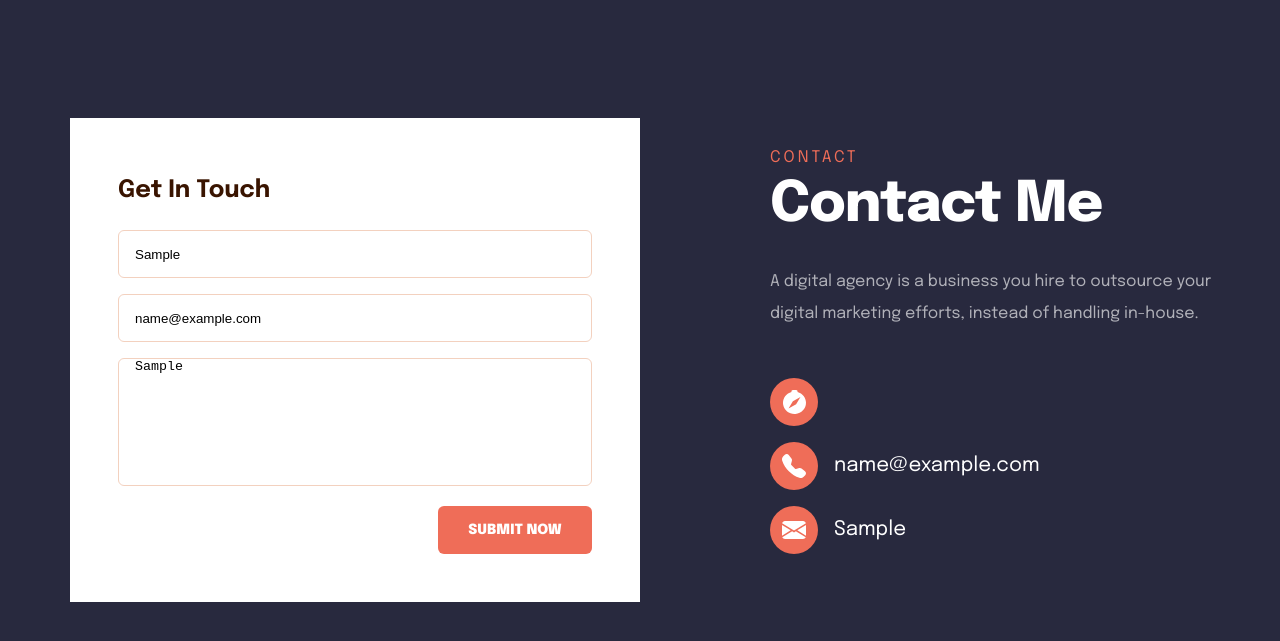
Repository: SabrinaSeydaliyeva/Task-17
Page: pages/contactPage/index.html
An editor plug-in stored every save of this project. The page is shown before and after the next save, followed by the edit.
The browser window is 1280 px wide. The pictures show the whole page.
Empty fields were first filled with sample values (such as "Sample", 5 or name@example.com).
After loading, the first visible `button` was clicked once.
The style sheet was rebuilt from its Sass, Less or Tailwind sources for each picture, by a compiler version that may differ from the author's.

Above is the page before, as saved 2023-09-06 16:11:09.

### pages/contactPage/index.html
<!DOCTYPE html>
<html lang="en">
  <head>
    <meta charset="UTF-8" />
    <meta http-equiv="X-UA-Compatible" content="IE=edge" />
    <meta name="viewport" content="width=device-width, initial-scale=1.0" />
    <title>Document</title>
    <link rel="stylesheet" href="../../assets/css/reset.css" />
    <link rel="stylesheet" href="index.css" />
  </head>
  <body>
    <div class="container">
      <div class="left-container">
        <span>Get In Touch</span>

        <form action="">
          <label for="">
            <input class="name-input" type="text" placeholder="Your name" />
          </label>

          <label for="">
            <input
              class="email-input"
              type="email"
              placeholder="Your email"
            />
          </label>

          <label for="">
            <textarea class="message" placeholder="Message" name=""></textarea>
          </label>
          <button>Submit Now</button>
        </form>
      </div>

      <div class="right-container">
        <span>Contact</span>
        <h1>Contact Me</h1>
        <p class="p-1">
          A digital agency is a business you hire to outsource your digital
          marketing efforts, instead of handling in-house.
        </p>

        <ul>

        </ul>
      </div>
    </div>
  </body>
  <script src="./index.js"></script>
</html>

### pages/contactPage/index.js
let btn= document.querySelector('button')
let nameInput=document.querySelector('.name-input')
let emailInput=document.querySelector('.email-input')
let msj=document.querySelector('.message')
let ul =document.querySelector('ul')
btn.addEventListener('click', showData)

function showData(e)
{
    e.preventDefault()
    console.log(nameInput.value);
ul.innerHTML+=
`
<li>
<div class="circle">
  <svg
    xmlns="http://www.w3.org/2000/svg"
    width="23"
    height="24"
    viewBox="0 0 23 24"
    fill="none"
  >
    <path
      fill-rule="evenodd"
      clip-rule="evenodd"
      d="M12.5128 23.9559C18.4476 23.4434 22.9991 18.5852 23 12.7619C22.9992 7.68681 19.5202 3.24133 14.5089 1.91219C14.6419 1.45966 14.5495 0.972375 14.2595 0.596433C13.9696 0.220491 13.5157 -0.000396111 13.034 0H9.9675C9.4858 -0.000396111 9.03192 0.220491 8.74193 0.596433C8.45195 0.972375 8.35958 1.45966 8.49253 1.91219C2.74205 3.43556 -0.865618 8.99957 0.179927 14.7325C1.22547 20.4654 6.57793 24.4683 12.5128 23.9559ZM17.4618 6.91176L17.465 6.90994L17.462 6.91144L17.4618 6.91176ZM17.4618 6.91176L9.87551 11.1479L5.53646 18.5674L13.126 14.3294L17.4618 6.91176Z"
      fill="white"
    />
  </svg>
</div>
<p>${nameInput.name}</p>
</li>
<li>
<div class="circle">
  <svg
    xmlns="http://www.w3.org/2000/svg"
    width="24"
    height="24"
    viewBox="0 0 24 24"
    fill="none"
  >
    <path
      fill-rule="evenodd"
      clip-rule="evenodd"
      d="M2.82812 0.765296C3.35902 0.235151 4.09188 -0.0416708 4.84066 0.0050961C5.58945 0.051863 6.28217 0.417722 6.743 1.00981L9.43541 4.46897C9.92889 5.10349 10.1029 5.93003 9.9079 6.71007L9.08742 9.99522C9.00114 10.3413 9.10245 10.7073 9.35441 10.9598L13.0398 14.6454C13.2925 14.8979 13.6592 14.9993 14.0058 14.9124L17.2892 14.0919C18.0691 13.8969 18.8953 14.0711 19.5301 14.5644L22.989 17.2555C24.2324 18.2231 24.3464 20.0607 23.2335 21.1722L21.6825 22.7233C20.5726 23.8333 18.9136 24.3209 17.3672 23.7763C13.4091 22.3836 9.81531 20.1174 6.85249 17.146C3.88152 14.1834 1.61557 10.5899 0.222699 6.63206C-0.320284 5.08699 0.167201 3.42642 1.27717 2.31637L2.82812 0.765296Z"
      fill="white"
    />
  </svg>
</div>
<p>${emailInput.value}</p>
</li>
<li>
<div class="circle">
  <svg
    xmlns="http://www.w3.org/2000/svg"
    width="24"
    height="18"
    viewBox="0 0 24 18"
    fill="none"
  >
    <path
      fill-rule="evenodd"
      clip-rule="evenodd"
      d="M3 0C1.60024 -9.42171e-05 0.386447 0.967828 0.075 2.3325L12 9.621L23.925 2.3325C23.6136 0.967828 22.3998 -9.42171e-05 21 0H3ZM0 14.7015V4.0455L8.7045 9.3645L0 14.7015ZM10.1415 10.245L0.2865 16.2855C0.78351 17.3335 1.84012 18.0011 3 18H21C22.1597 18.0003 23.2157 17.3321 23.712 16.284L13.857 10.2435L12 11.379L10.1415 10.2435V10.245ZM24 14.7015L15.2955 9.366V9.3645L24 4.0455V14.7015Z"
      fill="white"
    />
  </svg>
</div>
<p>${msj.value}</p>
</li>
`

}

### assets/css/reset.scss
*{
    margin: 0;
    padding: 0;
    box-sizing: border-box;
}
a{
    text-decoration: none;
}
button{
    border: none;
}

### pages/contactPage/index.scss
@import url("https://fonts.googleapis.com/css2?family=Epilogue:wght@400;700;800;900&display=swap");

.container {
  width: 100%;
  min-height: 100vh;
  background-color: #28293e;
  display: flex;
  justify-content: center;
  align-items: center;

  .left-container {
    padding: 57px 48px 48px 48px;
    width: 570px;
    background-color: white;

    span {
      display: block;
      margin-bottom: 23px;
      color: var(--Text_Dark, #391400);
      font-feature-settings: "clig" off, "liga" off;
      font-family: Epilogue;
      font-size: 24px;
      font-style: normal;
      font-weight: 700;
      line-height: 32px;
    }
    form {
      input {
        margin-bottom: 16px;
        width: 100%;
        height: 48px;
        padding: 0 16px;
        border-radius: 6px;
        border: 1px solid #f3d1bf;
        background: #fff;
        &::placeholder {
          color: var(--Text_Dark_Gray, rgba(57, 20, 0, 0.64));
          font-feature-settings: "clig" off, "liga" off;
          font-family: Epilogue;
          font-size: 16px;
          font-style: normal;
          font-weight: 400;
          line-height: 32px;
        }
      }

      textarea {
        margin-bottom: 16px;
        width: 100%;
        height: 128px;
        padding: 0 16px;
        border-radius: 6px;
        border: 1px solid #f3d1bf;
        background: #fff;
        resize: none;
        &::placeholder {
          color: var(--Text_Dark_Gray, rgba(57, 20, 0, 0.64));
          font-feature-settings: "clig" off, "liga" off;
          font-family: Epilogue;
          font-size: 16px;
          font-style: normal;
          font-weight: 400;
          line-height: 32px;
        }
      }

      button {
        width: 154px;
        height: 48px;
        margin-left: auto;
        display: block;
        border-radius: 6px;
        background: #ef6d58;
        color: #fff;
        text-align: center;
        font-family: Epilogue;
        font-size: 14px;
        font-style: normal;
        font-weight: 900;
        line-height: normal;
        text-transform: uppercase;
      }
    }
  }

  .right-container {
    padding: 30px 0px 48px 130px;
    width: 570px;
    height: 496px;

    span {
      margin-bottom: 20px;
      color: var(--Text_Light_Accent, #ef6d58);
      font-feature-settings: "clig" off, "liga" off;
      font-family: Epilogue;
      font-size: 16px;
      font-style: normal;
      font-weight: 400;
      line-height: 32px;
      letter-spacing: 3px;
      text-transform: uppercase;
    }

    h1 {
      margin-bottom: 28px;
      color: var(--Text_Light, #fff);
      font-feature-settings: "clig" off, "liga" off;
      font-family: Epilogue;
      font-size: 56px;
      font-style: normal;
      font-weight: 800;
      line-height: 64px;
      letter-spacing: -1px;
    }

    .p-1 {
      margin-bottom: 45px;
      width: 470px;
      height: 67px;
      flex-shrink: 0;
      color: var(--Text_Light_Gray, rgba(255, 255, 255, 0.64));
      font-feature-settings: "clig" off, "liga" off;
      font-family: Epilogue;
      font-size: 16px;
      font-style: normal;
      font-weight: 400;
      line-height: 32px;
    }

    ul {
      display: flex;
      flex-direction: column;
      gap: 16px;
      li {
        list-style-type: none;
        display: flex;
        align-items: center;
        .circle {
          width: 48px;
          height: 48px;
          border-radius: 50%;
          background-color: #ef6d58;
          display: flex;
          justify-content: center;
          align-items: center;
        }
        p {
          margin-left: 16px;
          color: var(--Text_Light, #fff);
          font-feature-settings: "clig" off, "liga" off;

          /* Text_Big */
          font-family: Epilogue;
          font-size: 20px;
          font-style: normal;
          font-weight: 400;
          line-height: 32px; /* 160% */
        }
      }
    }
  }
}

After the next save:
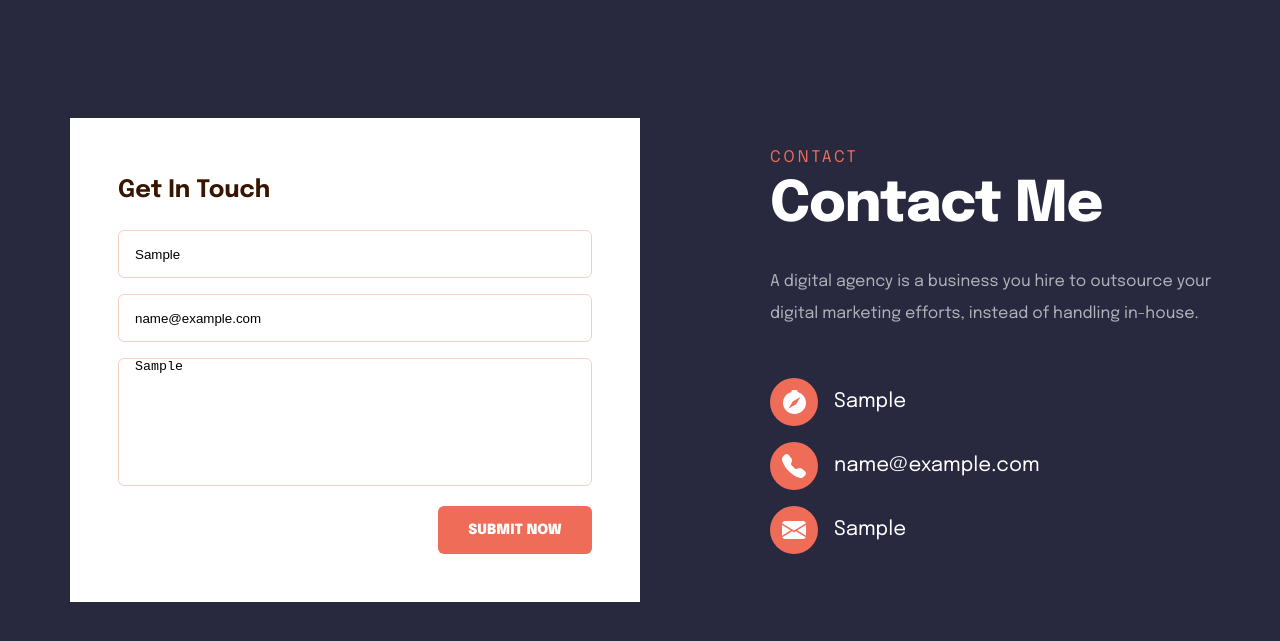
Saved 27 s later.
--- a/pages/contactPage/index.js
+++ b/pages/contactPage/index.js
@@ -28,7 +28,7 @@ ul.innerHTML+=
     />
   </svg>
 </div>
-<p>${nameInput.name}</p>
+<p>${nameInput.value}</p>
 </li>
 <li>
 <div class="circle">
